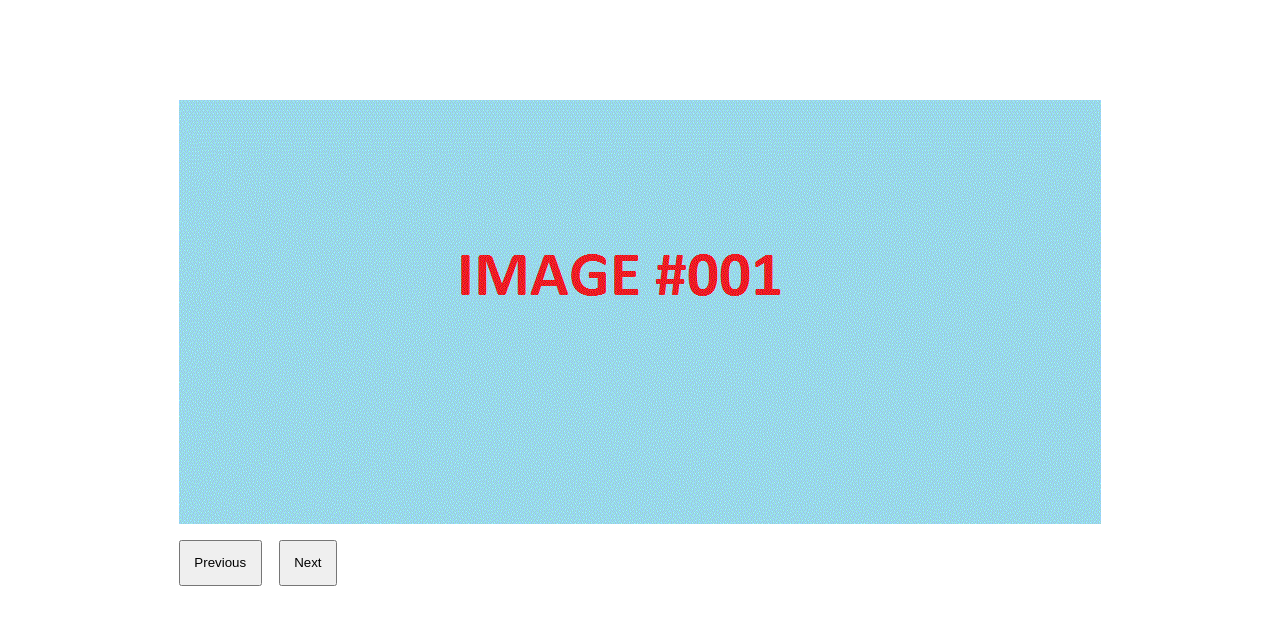
Repository: nema38/30DaysTrainning
Page: 30Days15/index.html
The author's editor kept a copy of each file at every save. The page is drawn from the files as they stood at one save, then again after the next save.
The browser window is 1280 px wide. The pictures show the whole page.
Some web libraries are served in a nearby version.

Above is the page before, as saved 2014-04-21 17:55:19.

### 30Days15/index.html
<!DOCTYPE html>
<html>

	<head>
		<meta charset=utf-8>
		<title>The Obligatory Slider</title>
		<link rel="stylesheet" href="slider.css">
		<style>
			body	{
				width: 922px;
				margin: 100px auto	0;
			}
			* {margin: 0; padding: 0; }
		</style>
	</head>

	<body>
		<div class="slider">
			<ul>
				<li><img src="img/image001.gif" alt="image" /></li>
				<li><img src="img/image002.gif" alt="image" /></li>
				<li><img src="img/image003.gif" alt="image" /></li>
				<li><img src="img/image004.gif" alt="image" /></li>

			</ul>
		</div>
		<div class="slider-nav">
			<button data-dir="prev">Previous</button>
			<button data-dir="next">Next</button>
		</div>

		<script src="http://ajax.googleapis.com/ajax/libs/jquery/1.11.0/jquery.min.js"></script>

		<script src="slider.js"></script>

		<script>
			var slider = new Slider( $('div.slider ul'), $('#slider-nav') );
			console.log(slider);
			slider.nav.find('button').on('click', function() {
				console.log('pressed');
				slider.transition(-1844);
				slider.setCurrent( $(this).data('dir')	);
			});
		</script>

	</body>

</html>

### 30Days15/slider.css

.slider-nav	{

	margin-top: 1em;
}

.slider-nav button {
	padding: 1em;
	margin-right: 1em;
	cursor: pointer;
}

.slider	{
	width: inherit;
	height: 424px;
	overflow: scroll;
}

.slider ul	{
	width: 10000px;
	list-style: none;
}

.slider li	{
	float: left;
}

### 30Days15/slider.js
function Slider( container, nav ) {
	this.container = container;
	this.nav = nav;

	this.imgs = this.container.find('img');
	this.imgWidth = this.imgs[0].width;
	this.imgsLen = this.imgs.length;

	this.current = 0;
}

Slider.prototype.transition = function( coords )	{
	this.container.animate ( {
		'margin-left': coords || -(this.current * this.imgWidth)
	});
};

Slider.prototype.setCoordinates = function( dir )	{
	this.current += (~~ (dir === 'next') || -1 );
	console.log(this.current);
};

After the next save:
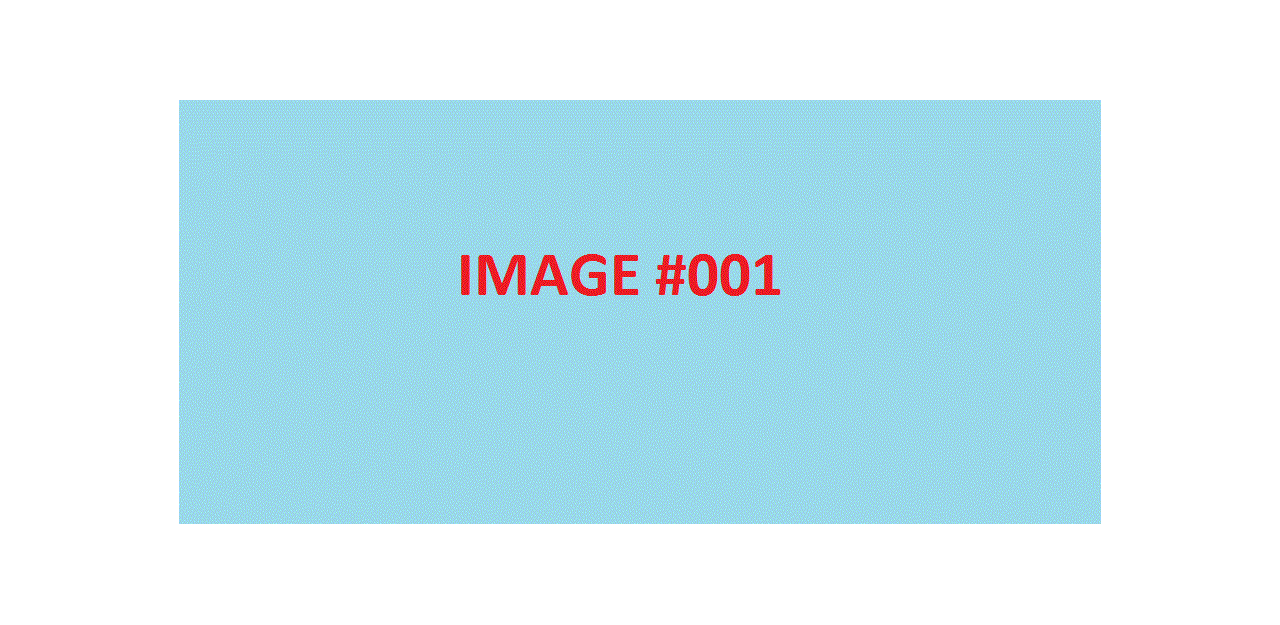
Saved 31 s later.
--- a/30Days15/slider.css
+++ b/30Days15/slider.css
@@ -1,6 +1,6 @@
 
 .slider-nav	{
-
+	display: none;
 	margin-top: 1em;
 }
 
